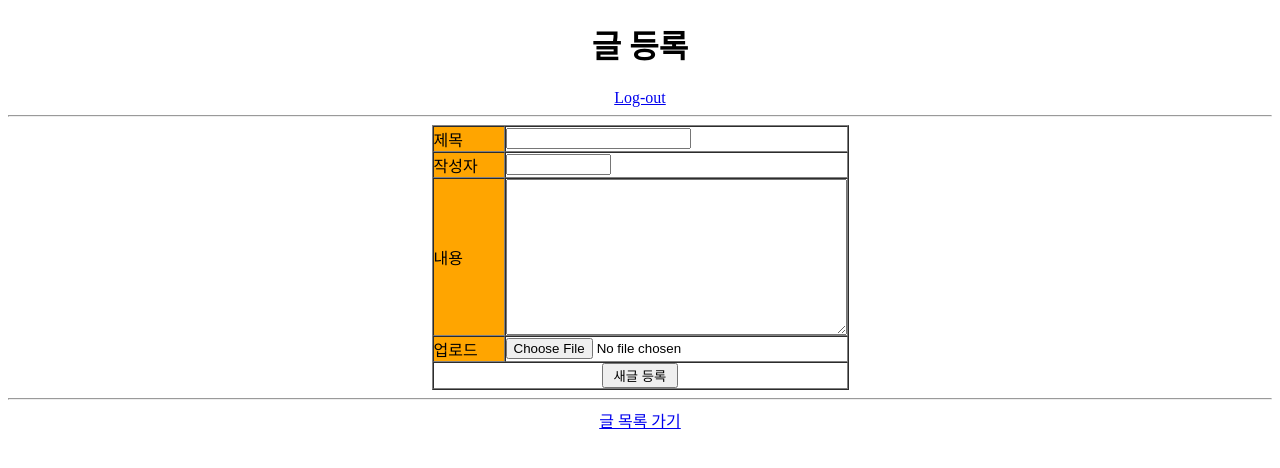
Repository: Dev-Aria/WebStudy
Page: http://localhost/BoardWeb/insertBoard.jsp
These files come from the project's save history. The page is drawn as it stood at one moment and after the next save; the edit follows.
The browser window is 1280 px wide. The pictures show the whole page.
The page is served by Tomcat 9.

Above is the page before, as saved 2018-05-02 18:47:48.

After the next save:
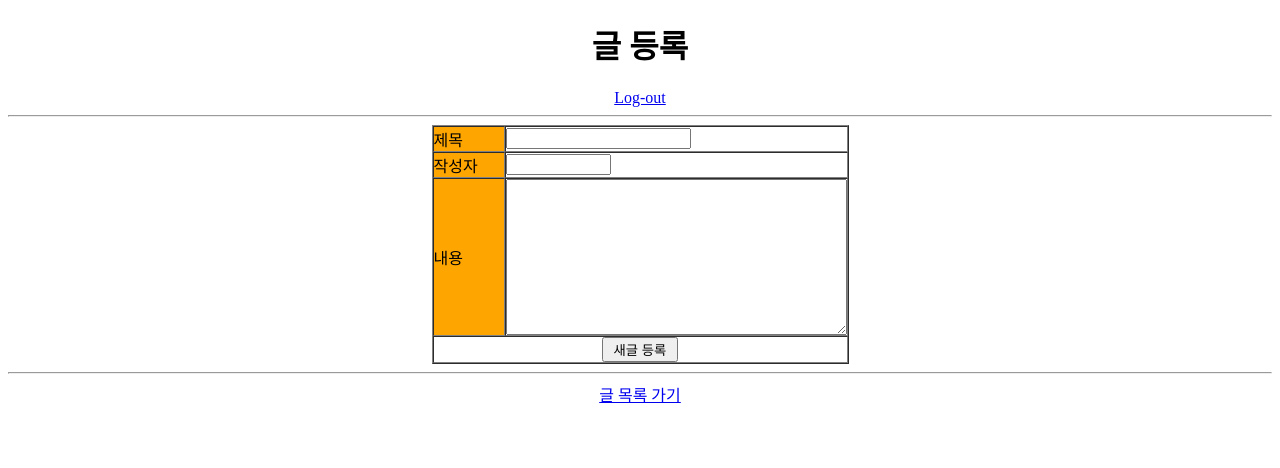
Saved 51 s later.
--- a/workspace_sts/BoardWeb/src/main/webapp/insertBoard.jsp
+++ b/workspace_sts/BoardWeb/src/main/webapp/insertBoard.jsp
@@ -9,7 +9,7 @@
 	<h1>글 등록</h1>
 	<a href="logout_proc.jsp">Log-out</a>
 	<hr>
-	<form action="insertBoard.do" method="post" enctype="multipart/form-data">
+	<form action="insertBoard_proc.jsp" method="post" >
 	<table border="1" cellpadding="0" cellspacing="0">
 	    <tr>
 	        <td bgcolor="orange" width="70">제목</td><td align="left">
@@ -24,10 +24,6 @@
 	        <textarea name="content" cols="40" rows="10"></textarea></td>
 	    </tr>
 	    <tr>
-	        <td bgcolor="orange" width="70">업로드</td><td align="left">
-	        <input type="file" name="uploadFile"/></td>
-	    </tr>
-	    <tr>
 	        <td colspan="2" align="center">
 	        <input type="submit" value=" 새글 등록 "/></td>
 	    </tr>
